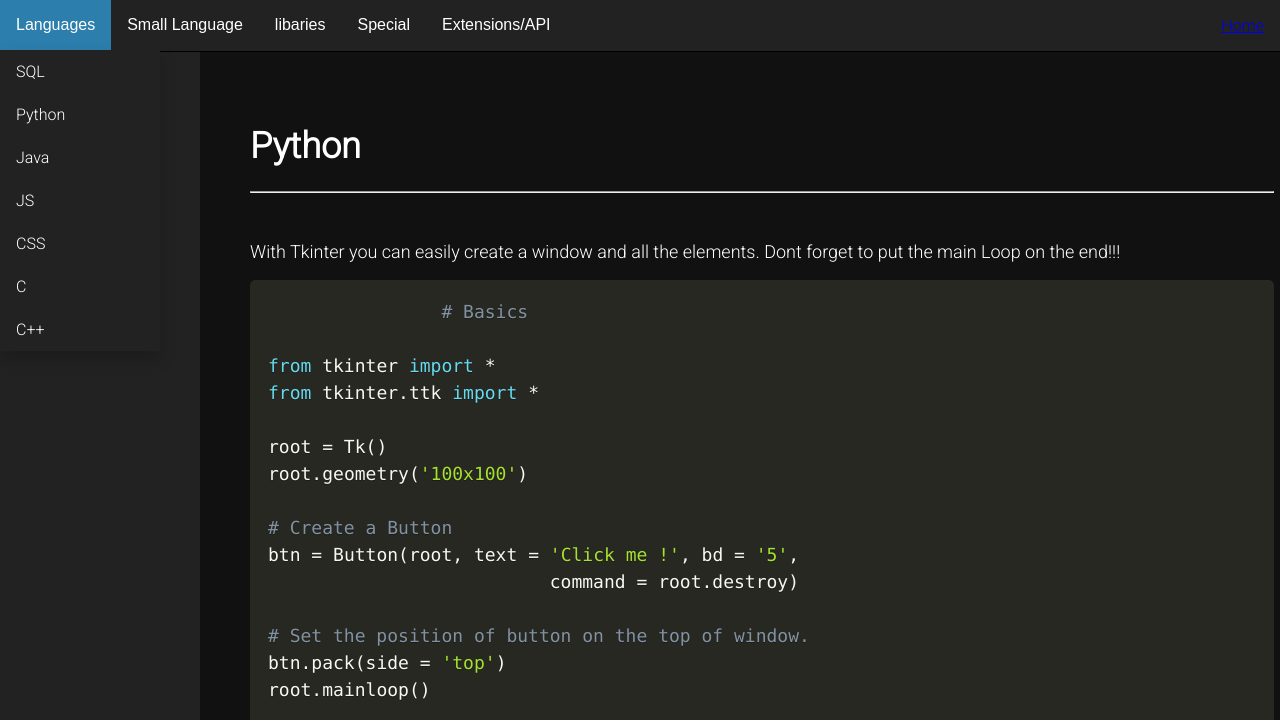
Repository: Max-Rohrhirsch/Max-Rohrhirsch.github.io
Page: documentation/languages/python/tkinter.html
An editor plug-in stored every save of this project. The page is shown before and after the next save, followed by the edit.
The browser window is 1280 px wide. The pictures show the whole page.

Above is the page before, as saved 2023-10-14 15:03:43.

After the next save:
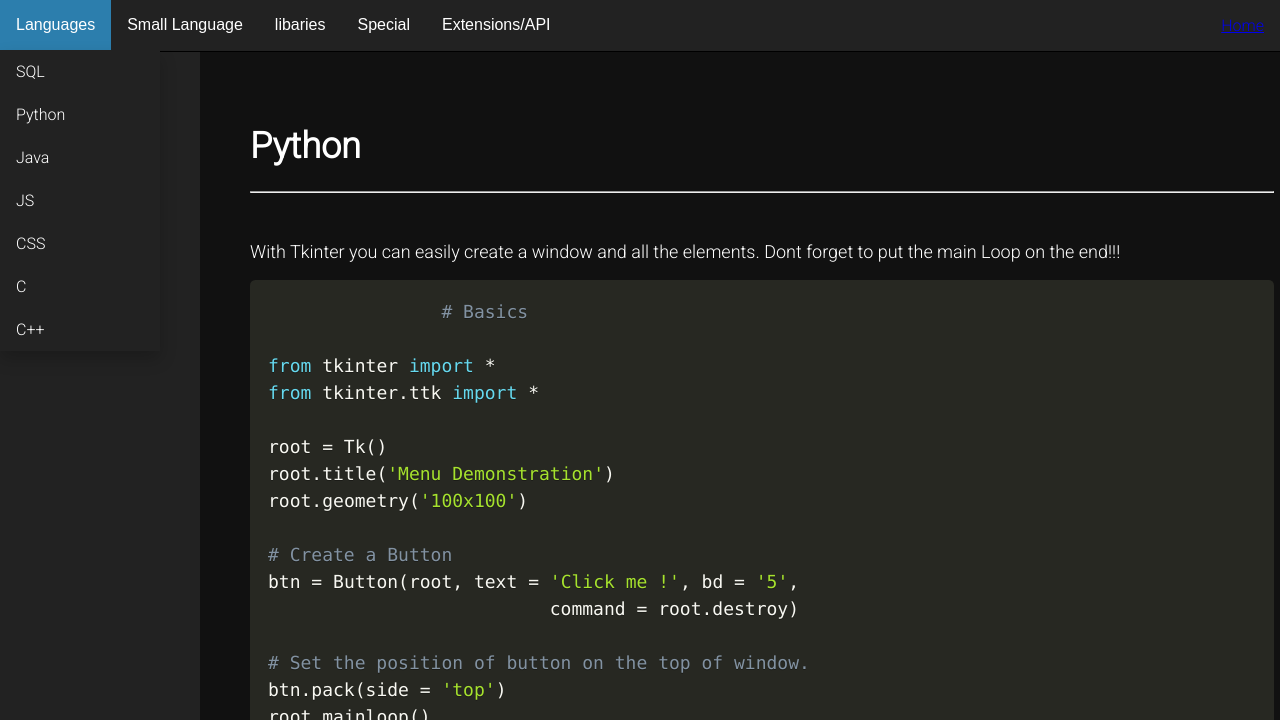
Saved 16 s later.
--- a/documentation/languages/python/tkinter.html
+++ b/documentation/languages/python/tkinter.html
@@ -19,6 +19,7 @@ from tkinter import *
 from tkinter.ttk import *
 
 root = Tk()
+root.title('Menu Demonstration')
 root.geometry('100x100')
 
 # Create a Button
